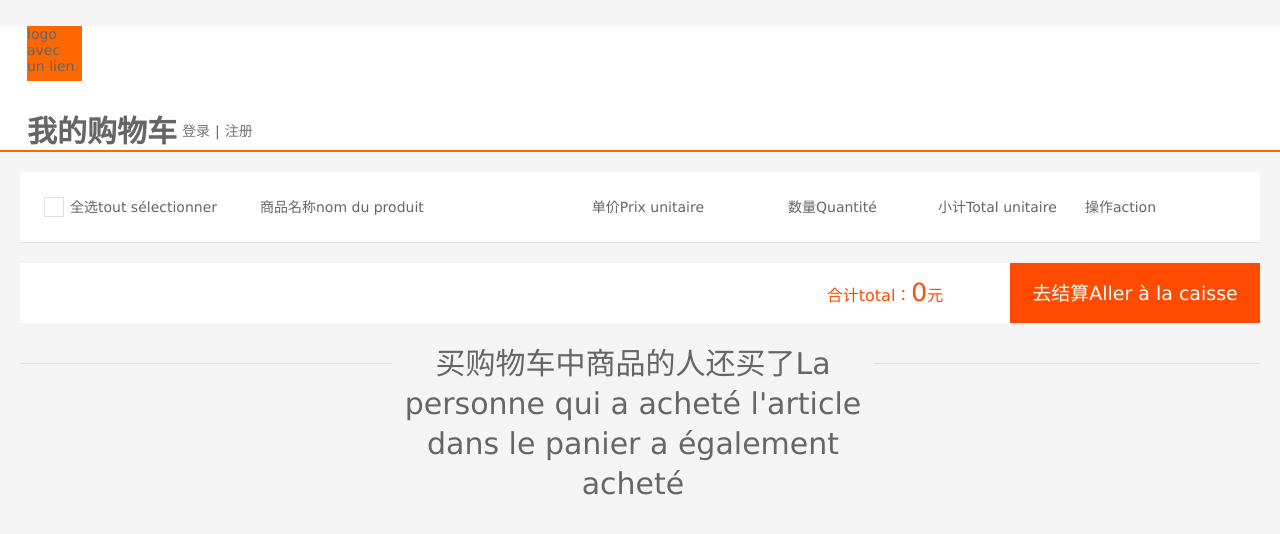
Repository: clairedupuich/excercice
Page: javaScript/banier d'achat/购物车.html
These files come from the project's save history. The page is drawn as it stood at one moment and after the next save; the edit follows.
The browser window is 1280 px wide. The pictures show the whole page.

Above is the page before, as saved 2020-10-12 16:14:56.
Console error: SyntaxError: Unexpected end of input

After the next save:
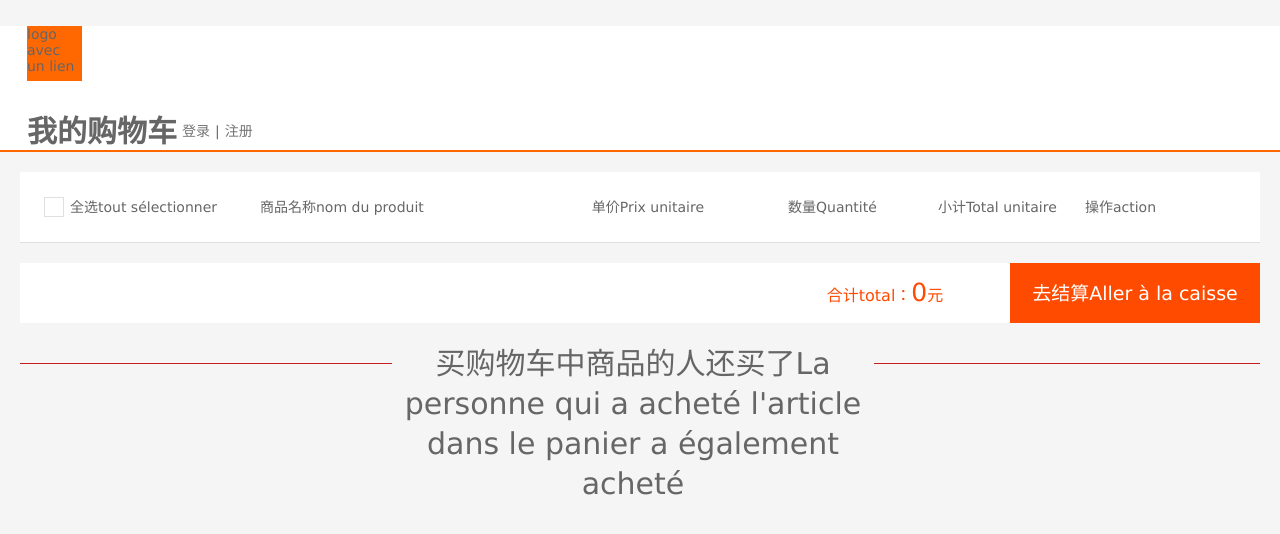
Saved 69 s later.
--- a/javaScript/banier d'achat/购物车.css
+++ b/javaScript/banier d'achat/购物车.css
@@ -80,7 +80,7 @@
     font-size: 30px;
     font-weight: 400;
     color: #757575;
-    border-top: 1px solid #e0e0e0;
+    border-top: 1px solid #c91c1c;
 }
 
 .box_head span {

After the save that followed:
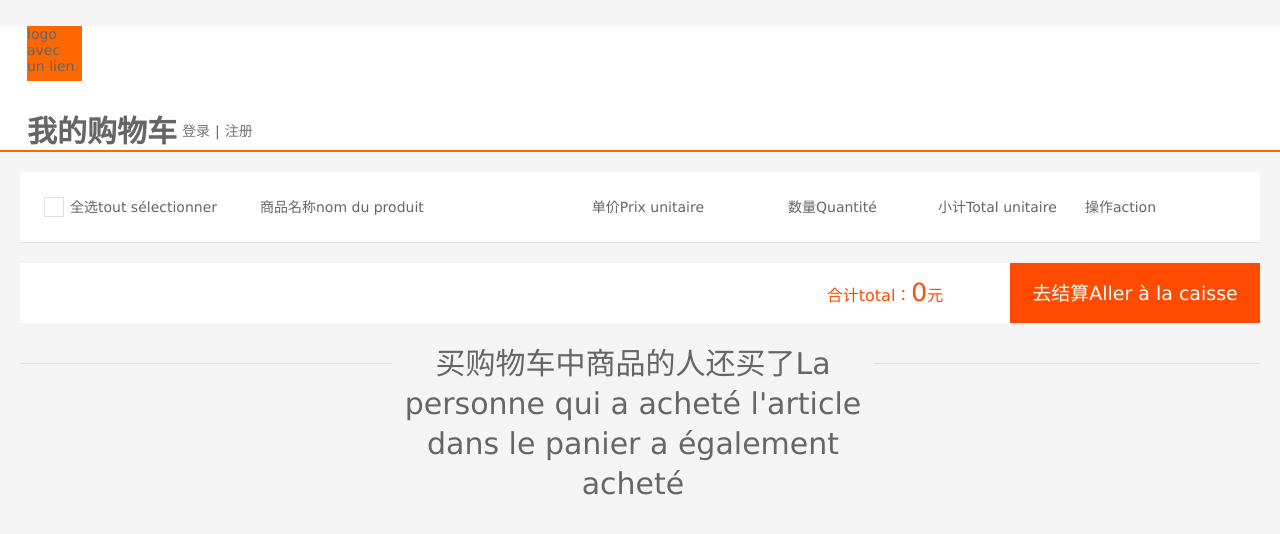
Saved 42 s later.
--- a/javaScript/banier d'achat/购物车.css
+++ b/javaScript/banier d'achat/购物车.css
@@ -75,12 +75,12 @@
 .box_head {
     position: relative;
     margin: 1em auto;
-    padding-top: 2em;
+    padding-top: 5em;
     height: 50px;
     font-size: 30px;
     font-weight: 400;
     color: #757575;
-    border-top: 1px solid #c91c1c;
+    border-top: 1px solid #e0e0e0;
 }
 
 .box_head span {
